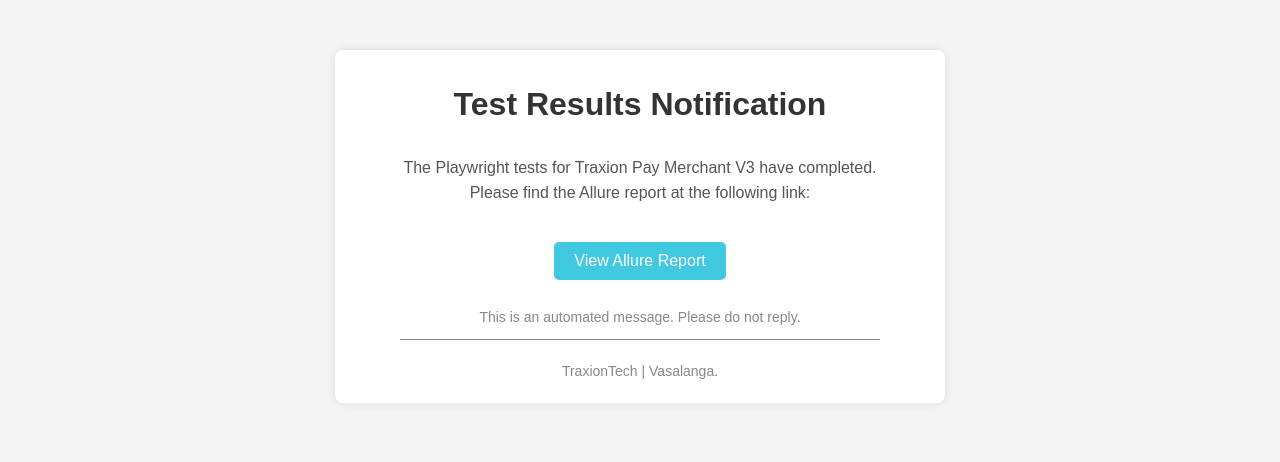
Repository: jmendozaqa24/TraxionPay-V3
Page: template.html
An editor plug-in stored every save of this project. The page is shown before and after the next save, followed by the edit.
The browser window is 1280 px wide. The pictures show the whole page.

Above is the page before, as saved 2025-01-31 10:55:50.

After the next save:
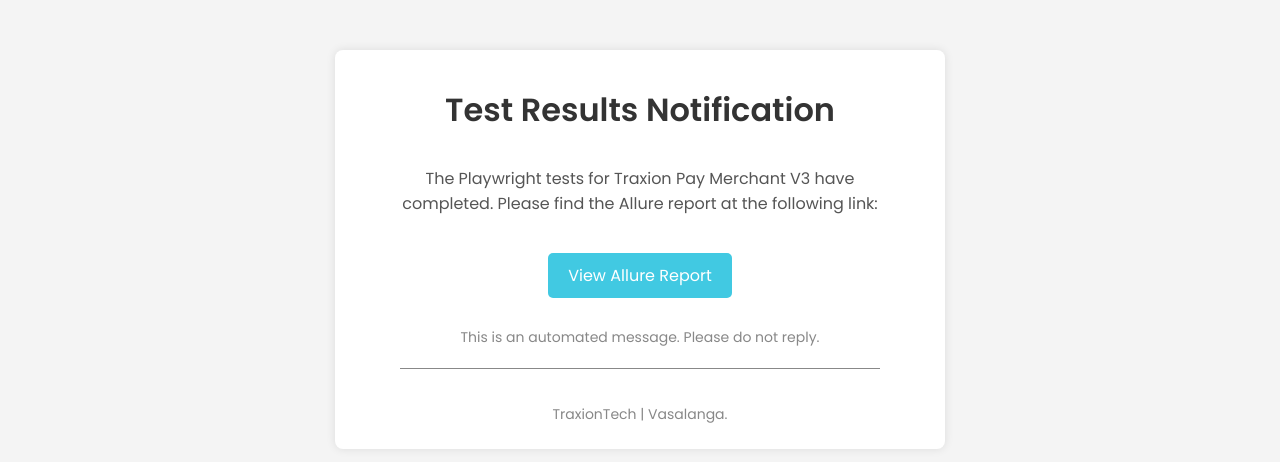
Saved 3 min 58 s later.
--- a/template.html
+++ b/template.html
@@ -1,31 +1,32 @@
 <!DOCTYPE html>
-            <html lang="en">
-            <head>
-                <meta charset="UTF-8">
-                <meta name="viewport" content="width=device-width, initial-scale=1.0">
-                <title>Test Results Notification</title>
-            </head>
-            <body style="font-family: Arial, sans-serif; background-color: #f4f4f4; margin: 5px 0; padding: 25px 0;">
-                <div style="max-width: 600px; margin: 20px auto; background-color: #ffffff; padding: 5px; border-radius: 8px; box-shadow: 0 0 10px rgba(0, 0, 0, 0.1);">
-                    <div style="text-align: center; padding-bottom: 0">
-                        <h1 style="color: #333333; margin: 5; padding: 10px; ">Test Results Notification</h1>
-                    </div>
-                    <div style="text-align: center; margin: 5; padding: 0 40px;">
-                        <p style="color: #555555; font-size: 16px; line-height: 1.6;">
-                            The Playwright tests for Traxion Pay Merchant V3 have completed. Please find the Allure report at the following link:
-                        </p>
-                        <a href="https://dread-vin.github.io/TraxionPay-V3/"
-                            style="display: inline-block; padding: 10px 20px; margin-top: 20px; font-size: 16px; color: #ffffff; background-color: #41C9E2; border-radius: 5px; text-decoration: none;">
-                            View Allure Report
-                        </a>
-                    </div>
-                    <div style="text-align: center; padding-top: 15px; font-size: 14px; color: #888888;">
-                        <p>This is an automated message. Please do not reply.</p>
-                    </div>
-                    <hr style="border: none; border-top: 0.1px solid #888888; width: 80%;">
-                    <div style="text-align: center; padding-top: 1px; padding-bottom: 5px; font-size: 14px; color: #888888;">
-                        <p>TraxionTech | Vasalanga.</p>
-                    </div>
-                </div>
-            </body>
-            </html>
+<html lang="en">
+<head>
+    <meta charset="UTF-8">
+    <meta name="viewport" content="width=device-width, initial-scale=1.0">
+    <title>Test Results Notification</title>
+    <link href="https://fonts.googleapis.com/css2?family=Poppins:wght@400;600&display=swap" rel="stylesheet">
+</head>
+<body style="font-family: 'Poppins', Arial, sans-serif; background-color: #f4f4f4; margin: 5px 0; padding: 25px 0;">
+    <div style="max-width: 600px; margin: 20px auto; background-color: #ffffff; padding: 5px; border-radius: 8px; box-shadow: 0 0 10px rgba(0, 0, 0, 0.1);">
+        <div style="text-align: center; padding-bottom: 0">
+            <h1 style="color: #333333; margin: 5; padding: 10px;">Test Results Notification</h1>
+        </div>
+        <div style="text-align: center; margin: 5; padding: 0 40px;">
+            <p style="color: #555555; font-size: 16px; line-height: 1.6;">
+                The Playwright tests for Traxion Pay Merchant V3 have completed. Please find the Allure report at the following link:
+            </p>
+            <a href="https://dread-vin.github.io/TraxionPay-V3/"
+                style="display: inline-block; padding: 10px 20px; margin-top: 20px; font-size: 16px; color: #ffffff; background-color: #41C9E2; border-radius: 5px; text-decoration: none;">
+                View Allure Report
+            </a>
+        </div>
+        <div style="text-align: center; padding-top: 15px; font-size: 14px; color: #888888;">
+            <p>This is an automated message. Please do not reply.</p>
+        </div>
+        <hr style="border: none; border-top: 0.1px solid #888888; width: 80%; margin: 20px auto;">
+        <div style="text-align: center; padding-top: 1px; padding-bottom: 5px; font-size: 14px; color: #888888;">
+            <p>TraxionTech | Vasalanga.</p>
+        </div>
+    </div>
+</body>
+</html>
